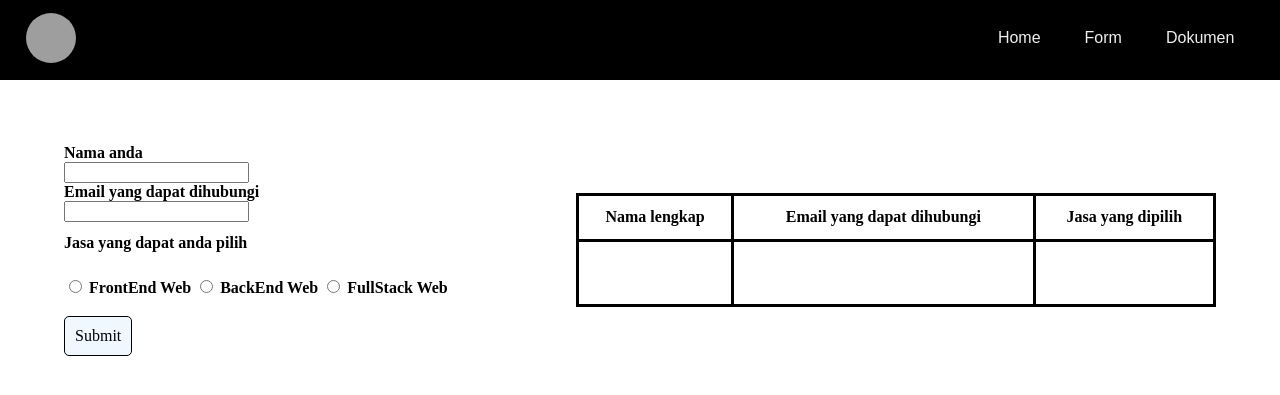
Repository: zecht12/TimModul
Page: TimModul.html
An editor plug-in stored every save of this project. The page is shown before and after a run of saves, followed by the edit.
The browser window is 1280 px wide. The pictures show the whole page.
Pictures or frames that could not be fetched are drawn as grey boxes.

Above is the page before, as saved 2023-03-14 13:44:03.

After the next 2 saves:
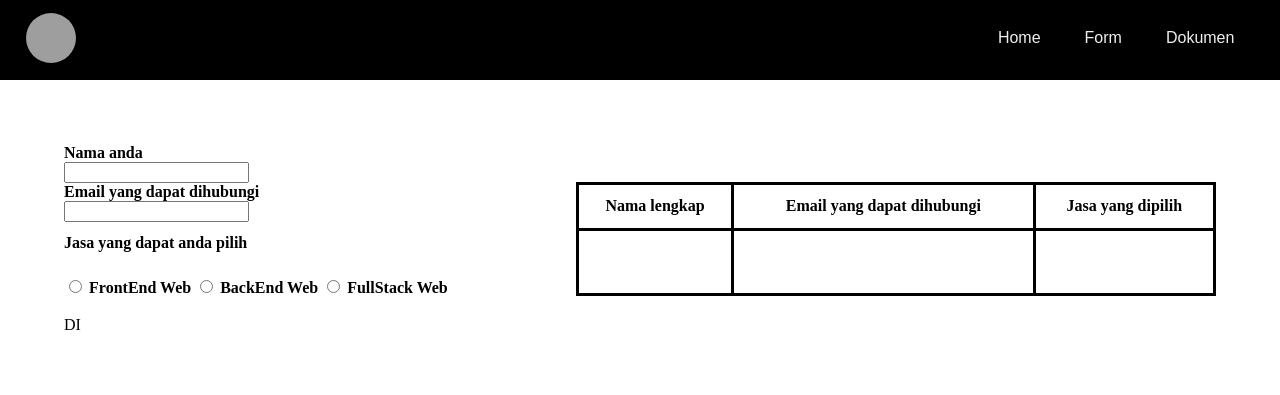
The 2 saves are shown as one change because they came seconds apart.
The last was saved 9 s later.
--- a/TimModul.html
+++ b/TimModul.html
@@ -38,7 +38,7 @@
                 <label for="FullStack">FullStack Web</label><br>
             </div>
 
-            <input type="submit" value="Submit" class="Button">
+            DI
         </form>
         <table style="width: 50%; border-collapse: collapse;">
             <tr>

After the save that followed:
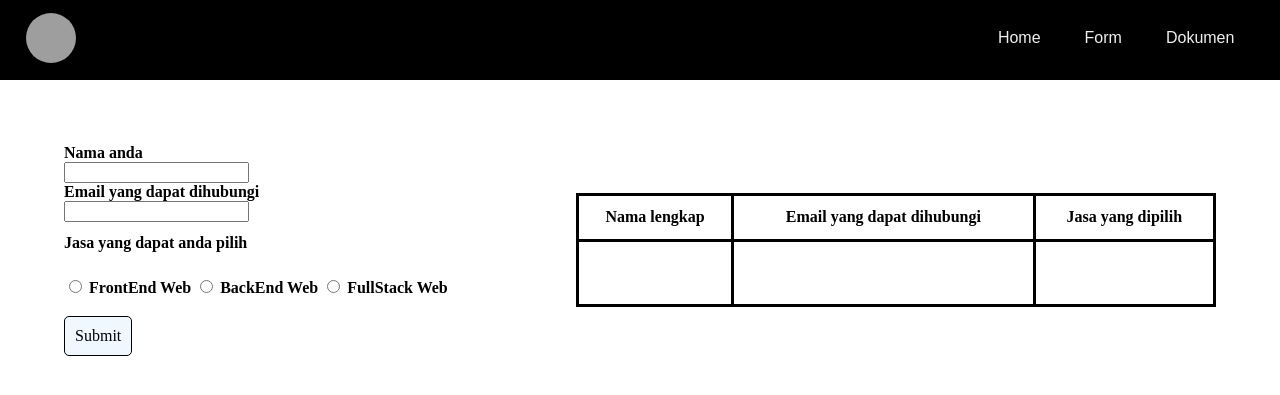
Saved 4 s later.
--- a/TimModul.html
+++ b/TimModul.html
@@ -38,7 +38,9 @@
                 <label for="FullStack">FullStack Web</label><br>
             </div>
 
-            DI
+            <div>
+                <input type="submit" value="Submit" class="Button">
+            </div>
         </form>
         <table style="width: 50%; border-collapse: collapse;">
             <tr>
